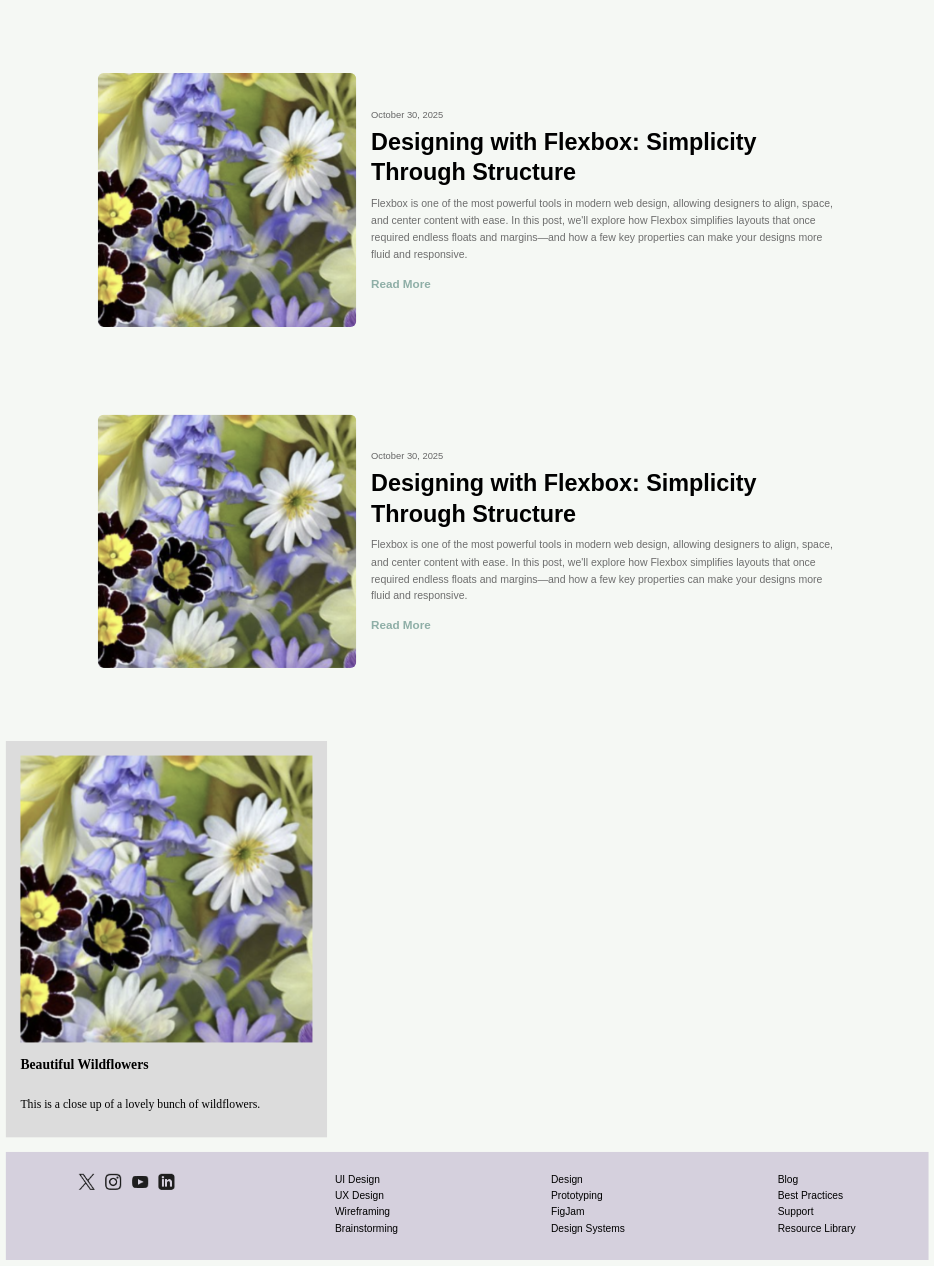
Repository: Brittany-Westlund/WebDesign
Page: Assignment5/flexbox.html
These files come from the project's save history. The page is drawn as it stood at one moment and after the next save; the edit follows.
The browser window is 1280 px wide. The pictures show the whole page, at 73% of full size.

Above is the page before, as saved 2025-11-18 19:03:54.

### Assignment5/flexbox.html
<!DOCTYPE html>
<html lang="en">
<head>
    <meta charset="UTF-8">
    <title>Flexbox Layout</title>
    <link rel="stylesheet" href="style/style.css">
</head>

<body>

<!-- Blog Preview Component -->


<div class="blog-preview">

    <img src="images/wildflowers-square.png" alt="A closeup of wildflowers.">

    <div class="blog-text">
        <p class="date">October 30, 2025</p>

        <h2 class="post-title">Designing with Flexbox: Simplicity Through Structure</h2>

        <p class="post-preview">
        Flexbox is one of the most powerful tools in modern web design, allowing designers to align, space, and center content
        with ease. In this post, we'll explore how Flexbox simplifies layouts that once required endless floats and margins—and
        how a few key properties can make your designs more fluid and responsive.
        </p>

        <a href="blog-post.html" class="read-more">Read More</a>
    </div>
</div>



<div class="blog-preview">

    <img src="images/wildflowers-square.png" alt="A closeup of wildflowers.">

    <div class="blog-text">
        <p class="date">October 30, 2025</p>

        <h2 class="post-title">Designing with Flexbox: Simplicity Through Structure</h2>

        <p class="post-preview">
        Flexbox is one of the most powerful tools in modern web design, allowing designers to align, space, and center content
        with ease. In this post, we'll explore how Flexbox simplifies layouts that once required endless floats and margins—and
        how a few key properties can make your designs more fluid and responsive.
        </p>

        <a href="blog-post.html" class="read-more">Read More</a>
    </div>
</div>




<!-- Card Component -->


<div class="card">
<img src="images/wildflowers-square.png" alt="A closeup of wildflowers.">
<h3>Beautiful Wildflowers</h3>
<p>This is a close up of a lovely bunch of wildflowers.</p>
</div>

















<!-- Footer Component -->

<footer class="footer">
  <div class="social-icons">
    <img src="images/XLogo.png" alt="X logo">
    <img src="images/LogoInstagram.png" alt="Instagram logo">
    <img src="images/LogoYouTube.png" alt="YouTube logo">
    <img src="images/LinkedIn.png" alt="LinkedIn logo">
  </div>

  <ul class="use-cases">
    <li>UI Design</li>
    <li>UX Design</li>
    <li>Wireframing</li>
    <li>Brainstorming</li>
  </ul>

  <ul class="explore">
    <li>Design</li>
    <li>Prototyping</li>
    <li>FigJam</li>
    <li>Design Systems</li>
  </ul>

  <ul class="resources">
    <li>Blog</li>
    <li>Best Practices</li>
    <li>Support</li>
    <li>Resource Library</li>
  </ul>
</footer>














</body>
</html>

### Assignment5/style/style.css
body {
  background-color: #f5f8f4; /* a light sage-green tone */
}

.blog-preview {
  display: flex; /* activates Flexbox */
  flex-direction: row; /* aligns items in a row (default, but explicit is good) */
  align-items: center; /* vertically centers items within the row */
  gap: 20px; /* adds space between items */

  max-width: 80%; /* controls total width of the content block */
  margin: 80px auto; /* centers on page with top/bottom space */
  padding: 20px 40px; /* adds subtle inner space from edges */
}

.blog-preview img {
  width: 35%;      /* image takes up 45% of the total width of .blog-preview */
  height: auto;    /* keeps proportions correct */
  border-radius: 8px; /* optional, softens corners */
}


.blog-text {
  display: flex;
  flex-direction: column; /* stacks each text element vertically */
  gap: 10px; /* adds consistent space between elements */
}


.date {
  font-family: Arial, Helvetica, sans-serif;
  font-size: 0.8rem;
  color: #666;
  margin: 0;
}

.post-title {
  font-family: Arial, Helvetica, sans-serif;
  font-size: 2rem;
  font-weight: 600;
  line-height: 1.3;
  margin: 0;
}

.post-preview {
  font-family: Arial, Helvetica, sans-serif;
  font-size: 0.9rem;
  color: #6d6d6d;
  line-height: 1.6;
  margin: 0;
}

.read-more {
  font-family: Arial, Helvetica, sans-serif;
  text-decoration: none;
  font-weight: bold;
  color: #8fafa7;
  margin-top: 10px;
}






.gallery {
  display: grid;
  grid-template-columns: repeat(auto-fit, minmax(400px, 1fr));
  gap: 10px;
  margin: auto;
  padding: 10px;
}

.item {
  background-color: #fcf9ff;
  border-radius: 8px;
  aspect-ratio: 1 / 1;
  display: flex;
  justify-content: center;
}

.item img {
  padding: 0;
  width: 100%;
  height: auto; /* maintains the image's aspect ratio */
  display: block; /* clears any space after the image */
  border-radius: 8px;

}

.item p {
  text-align: center;
  display: flex;
  align-items: center;
}




.card {
  display: flex;
  flex-direction: column;
  gap: 5%;
  padding: 20px;
  background-color: gainsboro;
  max-width: 400px;
  margin-bottom: 20px;
}














/* The main footer container */

.footer {
  display: flex; /* Places all footer sections (icons + lists) side by side in a row */
  justify-content: space-between; /* Adds equal space between each section horizontally */
  align-items: flex-start; /* Aligns all sections to the top of the footer */
  background-color: #d5d0dd; /* Sets the footer’s background color */
  padding: 30px 100px; /* Adds space inside the footer: 30px top/bottom, 100px left/right */
  font-family: Arial, Helvetica, sans-serif; /* Sets the font for the entire footer */
}

.footer ul {
  list-style: none; /* Removes the default bullets from list items */
  padding: 0; /* Removes default padding inside the <ul> */
  margin: 0; /* Removes default margin outside the <ul> */
}

.footer li {
  margin-bottom: 6px; /* Adds a little space between each list item */
  font-size: 14px; /* Makes the text slightly smaller for a neat footer look */
}

.social-icons img {
  width: 22px; /* Sets consistent icon size */
  margin-right: 10px; /* Adds space between the icons */
  vertical-align: middle; /* Keeps icons visually aligned with any text nearby */
}



@media (max-width: 600px) {
  /* Styles for mobile screens */
}


@media (min-width: 600px) and (max-width: 1024px) {
  /* Styles for tablets */
}





a:focus, button:focus, input:focus {
  outline: 2px solid #4a90e2;
  outline-offset: 2px;
}

After the next save:
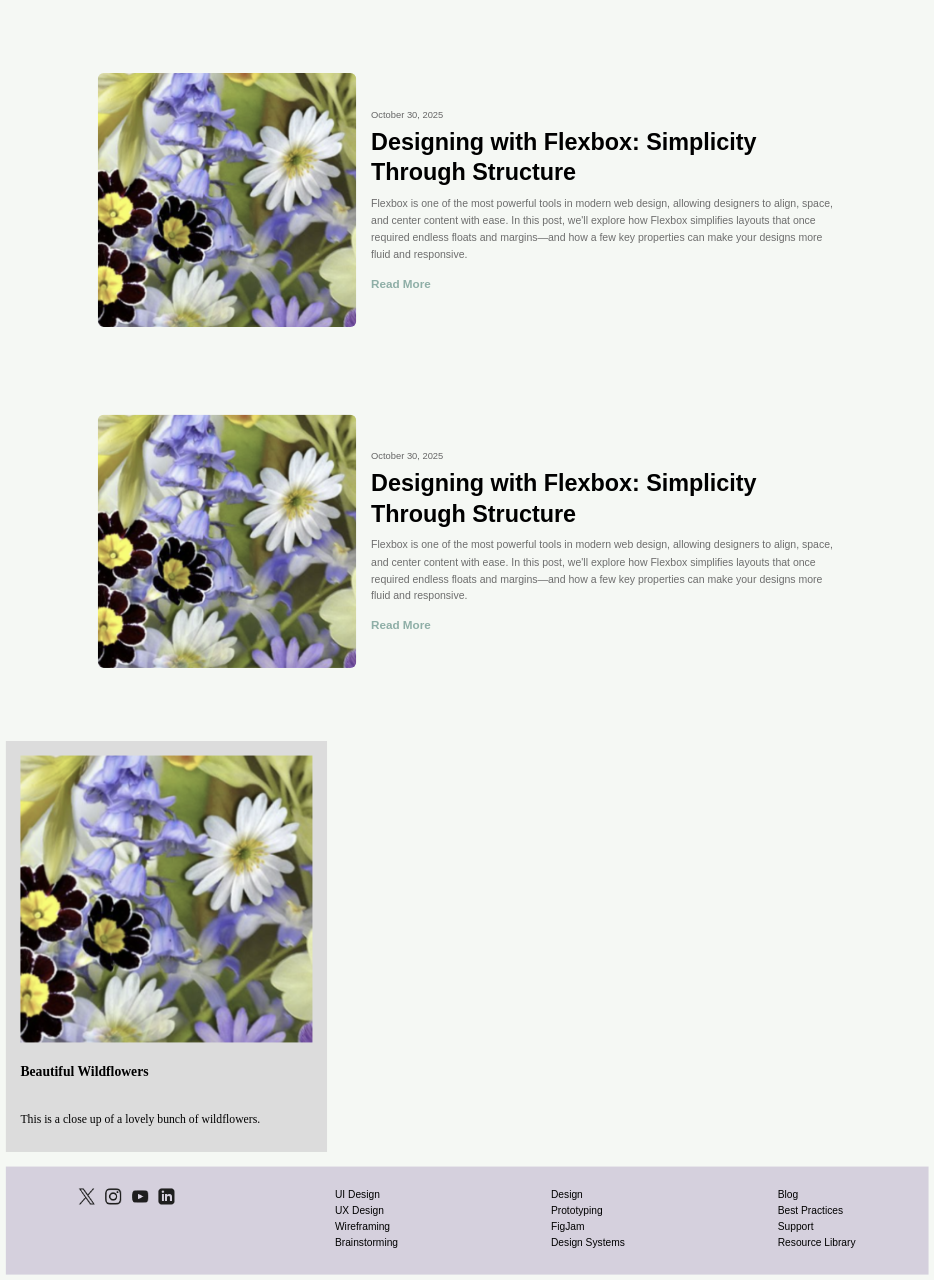
Saved 2 min 56 s later.
--- a/Assignment5/style/style.css
+++ b/Assignment5/style/style.css
@@ -100,7 +100,7 @@ body {
 .card {
   display: flex;
   flex-direction: column;
-  gap: 5%;
+  gap: 10px;
   padding: 20px;
   background-color: gainsboro;
   max-width: 400px;
